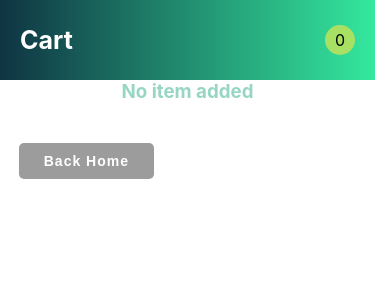
Repository: Yowani24/ecocarbon
Page: /cart
An editor plug-in stored every save of this project. The page is shown before and after the next save, followed by the edit.
The browser window is 375 px wide. The pictures show the whole page.
The project was rebuilt for these pictures with package versions that can differ from the ones it lists, and the page was loaded fresh each time. The framework's server and built-in components were replaced by stand-ins that run in the browser. Also part of the build but not shown: next.config.js.

Above is the page before, as saved 2021-09-28 03:59:28.

After the next save:
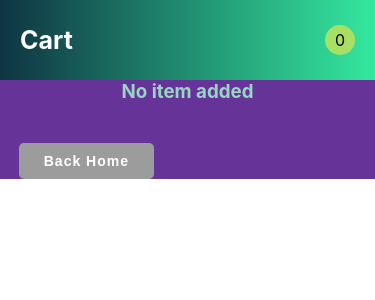
Saved 14 s later.
--- a/pages/cart/Cart.module.css
+++ b/pages/cart/Cart.module.css
@@ -134,7 +134,7 @@
 }
 @media (max-width: 415px){
     .cart_content{
-
+        background: rebeccapurple;
     }
     .boxes{
         margin-top: 0px;
